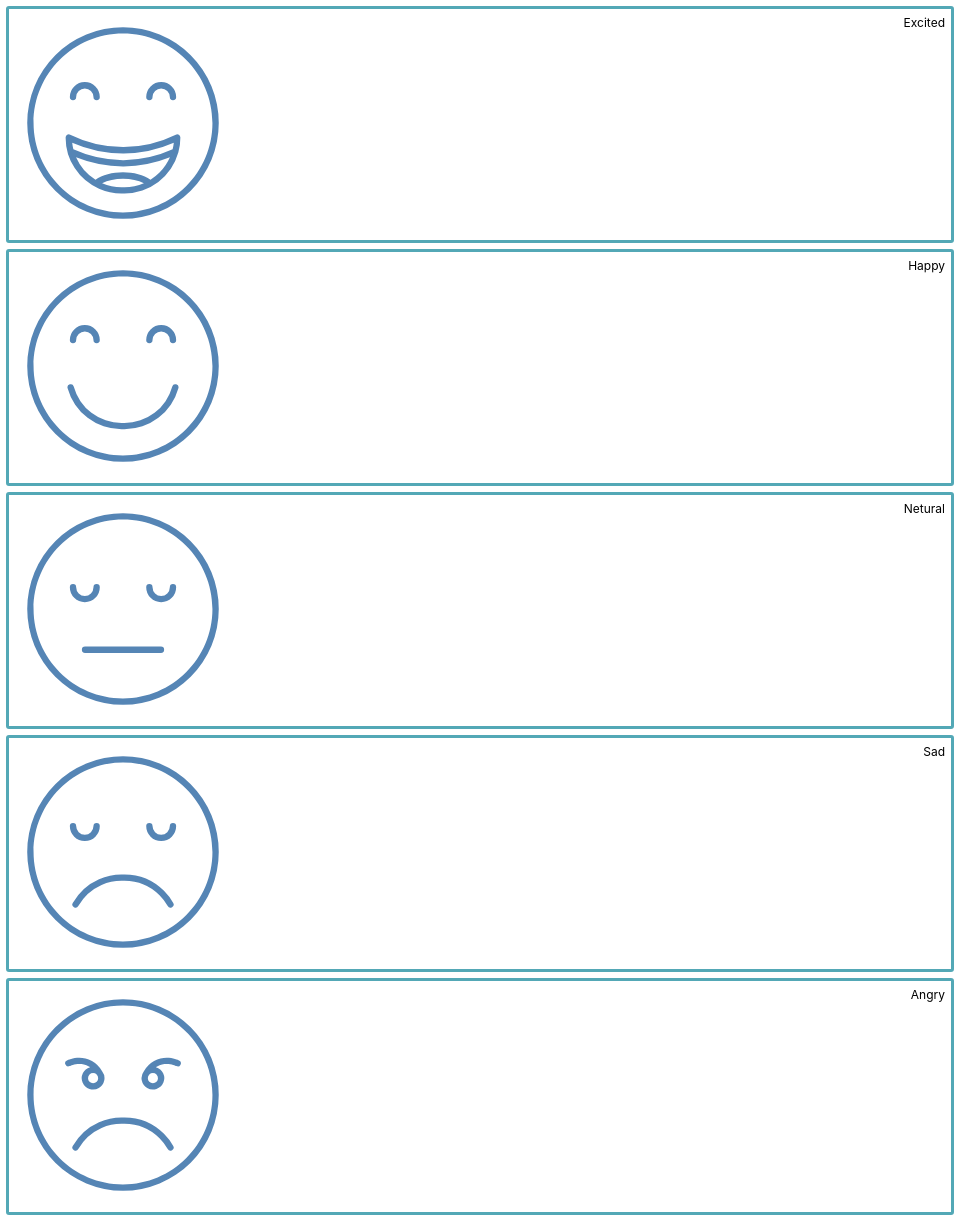
Repository: majakesin/moodify-app
Page: /
An editor plug-in stored every save of this project. The page is shown before and after the next save, followed by the edit.
The browser window is 1280 px wide. The pictures show the whole page, at 75% of full size.
The project was rebuilt for these pictures with package versions that can differ from the ones it lists, and the page was loaded fresh each time.

Above is the page before, as saved 2023-08-21 11:46:46.

### public/index.html
<!DOCTYPE html>
<html lang="en">
  <head>
    <meta charset="utf-8" />
    <link rel="icon" href="%PUBLIC_URL%/logo.svg" />
    <meta name="viewport" content="width=device-width, initial-scale=1" />
    <meta name="theme-color" content="#000000" />
    <meta
      name="description"
      content="Moodify -- App that gives yours ears the best music based on your mood"
    />
    <link rel="apple-touch-icon" href="%PUBLIC_URL%/logo.svg" />
    <!--
      manifest.json provides metadata used when your web app is installed on a
      user's mobile device or desktop. See https://developers.google.com/web/fundamentals/web-app-manifest/
    -->
    <link rel="manifest" href="%PUBLIC_URL%/manifest.json" />
    <!--
      Notice the use of %PUBLIC_URL% in the tags above.
      It will be replaced with the URL of the `public` folder during the build.
      Only files inside the `public` folder can be referenced from the HTML.

      Unlike "/favicon.ico" or "favicon.ico", "%PUBLIC_URL%/favicon.ico" will
      work correctly both with client-side routing and a non-root public URL.
      Learn how to configure a non-root public URL by running `npm run build`.
    -->
    <title>Moodify</title>
  </head>
  <body>
    <noscript>You need to enable JavaScript to run this app.</noscript>
    <div id="root"></div>
    <!--
      This HTML file is a template.
      If you open it directly in the browser, you will see an empty page.

      You can add webfonts, meta tags, or analytics to this file.
      The build step will place the bundled scripts into the <body> tag.

      To begin the development, run `npm start` or `yarn start`.
      To create a production bundle, use `npm run build` or `yarn build`.
    -->
  </body>
</html>

### src/App.js
import './App.css';
import {moods}  from 'src/data/moods'
import Mood from './components/Mood';

function App() {
  return (
    <div className="App">
      {moods.map(({type,icon}) => {
        return (<Mood type={type} icon={icon} />)
      })}
    </div>
  );
}

export default App;

### src/data/moods.js
export const moods = [
    {
        type: 'Excited',
        icon: <svg id="SvgjsSvg1081" width="288" height="288" xmlns="http://www.w3.org/2000/svg" version="1.1" xmlnsXlink="http://www.w3.org/1999/xlink" xmlnsSvgjs="http://svgjs.com/svgjs">
                <defs id="SvgjsDefs1082"></defs>
                <g id="SvgjsG1083">
                    <svg xmlns="http://www.w3.org/2000/svg" data-name="Layer 1" viewBox="0 0 512 512" width="288" height="288">
                        <path fill="currentcolor" d="M416.51318,95.48682A226.99992,226.99992,0,1,0,95.48682,416.51318,226.99992,226.99992,0,1,0,416.51318,95.48682ZM256,468C139.103,468,44,372.897,44,256S139.103,44,256,44s212,95.103,212,212S372.897,468,256,468ZM137.5,202a7.50006,7.50006,0,0,0,7.5-7.5,20.5,20.5,0,0,1,41,0,7.5,7.5,0,0,0,15,0,35.5,35.5,0,0,0-71,0A7.50006,7.50006,0,0,0,137.5,202Zm181,0a7.50006,7.50006,0,0,0,7.5-7.5,20.5,20.5,0,0,1,41,0,7.5,7.5,0,0,0,15,0,35.5,35.5,0,0,0-71,0A7.50006,7.50006,0,0,0,318.5,202Zm69.95947,82.13037a7.49875,7.49875,0,0,0-7.27832-.356A284.51645,284.51645,0,0,1,257.5,313h-1.48a284.55042,284.55042,0,0,1-125.2002-29.2251A7.4999,7.4999,0,0,0,120,290.5a132.31839,132.31839,0,0,0,79.15625,121.32324A131.47888,131.47888,0,0,0,252.5,423h7a132.5854,132.5854,0,0,0,127.794-97.37988A133.06894,133.06894,0,0,0,392,290.5,7.5003,7.5003,0,0,0,388.45947,284.13037ZM259.5,408h-7a116.58888,116.58888,0,0,1-46.02222-9.36157C219.72205,391.8783,237.33752,388,256.002,388c18.66236,0,36.27466,3.87708,49.51734,10.63538A116.56076,116.56076,0,0,1,259.5,408Zm83.08691-34.41309a117.56809,117.56809,0,0,1-21.38024,16.93219C305.07166,379.48517,281.17847,373,256.002,373c-25.18383,0-49.0852,6.48932-65.22168,17.52966a116.81051,116.81051,0,0,1-46.07495-53.13611,299.90773,299.90773,0,0,0,111.31323,21.61036c.5044,0,1.01612-.00147,1.52051-.00391A300.023,300.023,0,0,0,367.2478,337.40454,117.86031,117.86031,0,0,1,342.58691,373.58691ZM373.6593,318.347A284.8703,284.8703,0,0,1,257.46094,344c-.49219.00293-.97412.00391-1.46387.00391a284.90227,284.90227,0,0,1-117.65942-25.65967,117.74477,117.74477,0,0,1-2.72388-15.77832A299.64178,299.64178,0,0,0,256.02,328h1.519a299.80874,299.80874,0,0,0,118.84668-25.43555A117.6884,117.6884,0,0,1,373.6593,318.347Z" class="color2c2b2d svgShape"></path>
                    </svg>
                </g>
             </svg>
    },
    {
        type: 'Happy',
        icon: <svg id="SvgjsSvg1102" width="288" height="288" xmlns="http://www.w3.org/2000/svg" version="1.1" xmlnsXlink="http://www.w3.org/1999/xlink" xmlnsSvgjs="http://svgjs.com/svgjs">
                <defs id="SvgjsDefs1103"></defs>
                <g id="SvgjsG1104">
                    <svg xmlns="http://www.w3.org/2000/svg" data-name="Layer 1" viewBox="0 0 512 512" width="288" height="288">
                        <path fill="currentcolor" d="M382.042,299.40674a7.496,7.496,0,0,0-9.21582,5.251A117.42927,117.42927,0,0,1,259.5,391h-7a117.41578,117.41578,0,0,1-113.32715-86.33447,7.49971,7.49971,0,1,0-14.46484,3.96875A132.417,132.417,0,0,0,252.5,406h7a132.58733,132.58733,0,0,0,127.793-97.37744A7.4999,7.4999,0,0,0,382.042,299.40674ZM416.51367,95.48682A227.00026,227.00026,0,0,0,95.48633,416.51318,227.00026,227.00026,0,0,0,416.51367,95.48682ZM256,468C139.10254,468,44,372.897,44,256S139.10254,44,256,44s212,95.103,212,212S372.89746,468,256,468ZM137.5,202a7.49974,7.49974,0,0,0,7.5-7.5,20.5,20.5,0,0,1,41,0,7.5,7.5,0,0,0,15,0,35.5,35.5,0,0,0-71,0A7.49974,7.49974,0,0,0,137.5,202Zm181,0a7.49974,7.49974,0,0,0,7.5-7.5,20.5,20.5,0,0,1,41,0,7.5,7.5,0,0,0,15,0,35.5,35.5,0,0,0-71,0A7.49974,7.49974,0,0,0,318.5,202Z" class="color2c2b2d svgShape"></path>
                    </svg>
                </g>
            </svg> ,
    },
    {
        type: 'Netural',
        icon: <svg id="SvgjsSvg1123" width="288" height="288" xmlns="http://www.w3.org/2000/svg" version="1.1" xmlnsXlink="http://www.w3.org/1999/xlink" xmlnsSvgjs="http://svgjs.com/svgjs">
                <defs id="SvgjsDefs1124"></defs>
                <g id="SvgjsG1125">
                    <svg xmlns="http://www.w3.org/2000/svg" data-name="Layer 1" viewBox="0 0 512 512" width="288" height="288">
                        <path fill="currentcolor" d="M201,204.5a7.5,7.5,0,0,0-15,0,20.5,20.5,0,0,1-41,0,7.5,7.5,0,0,0-15,0,35.5,35.5,0,0,0,71,0ZM374.5,197a7.50006,7.50006,0,0,0-7.5,7.5,20.5,20.5,0,0,1-41,0,7.5,7.5,0,0,0-15,0,35.5,35.5,0,0,0,71,0A7.50006,7.50006,0,0,0,374.5,197ZM416.51318,95.48682A226.99992,226.99992,0,1,0,95.48682,416.51318,226.99992,226.99992,0,1,0,416.51318,95.48682ZM256,468C139.103,468,44,372.897,44,256S139.103,44,256,44s212,95.103,212,212S372.897,468,256,468Zm90-123H166a7.5,7.5,0,0,0,0,15H346a7.5,7.5,0,0,0,0-15Z" class="color2c2b2d svgShape"></path>
                    </svg>
                </g>
            </svg>,
    },
    {
        type: 'Sad',
        icon: <svg id="SvgjsSvg1193" width="288" height="288" xmlns="http://www.w3.org/2000/svg" version="1.1" xmlnsXlink="http://www.w3.org/1999/xlink" xmlnsSvgjs="http://svgjs.com/svgjs">
                <defs id="SvgjsDefs1194"></defs>
                <g id="SvgjsG1195">
                    <svg xmlns="http://www.w3.org/2000/svg" data-name="Layer 1" viewBox="0 0 512 512" width="288" height="288">
                         <path fill="currentcolor" d="M165.5,230A35.54028,35.54028,0,0,0,201,194.5a7.5,7.5,0,0,0-15,0,20.5,20.5,0,0,1-41,0,7.5,7.5,0,0,0-15,0A35.54028,35.54028,0,0,0,165.5,230Zm209-43a7.50006,7.50006,0,0,0-7.5,7.5,20.5,20.5,0,0,1-41,0,7.5,7.5,0,0,0-15,0,35.5,35.5,0,0,0,71,0A7.50006,7.50006,0,0,0,374.5,187ZM353.19336,347.94678A132.16887,132.16887,0,0,0,259.5,309.14014h-7a131.47793,131.47793,0,0,0-53.34082,11.17529,133.55143,133.55143,0,0,0-62.24854,56.51221,7.50013,7.50013,0,0,0,13.07911,7.34472,118.4576,118.4576,0,0,1,55.21435-50.1289A116.57358,116.57358,0,0,1,252.5,324.14014h7a117.16738,117.16738,0,0,1,83.08691,34.41308,117.92616,117.92616,0,0,1,19.42432,25.62061,7.5,7.5,0,0,0,13.07715-7.34766A132.92018,132.92018,0,0,0,353.19336,347.94678Zm63.31982-252.46A226.99992,226.99992,0,1,0,95.48682,416.51318,226.99992,226.99992,0,1,0,416.51318,95.48682ZM256,468C139.103,468,44,372.897,44,256S139.103,44,256,44s212,95.103,212,212S372.897,468,256,468Z" class="color2c2b2d svgShape"></path>
                    </svg>
                </g>
            </svg>,
    },
    {
        type: 'Angry',
        icon: <svg id="SvgjsSvg1217" width="288" height="288" xmlns="http://www.w3.org/2000/svg" version="1.1" xmlnsXlink="http://www.w3.org/1999/xlink" xmlnSvgjs="http://svgjs.com/svgjs">
                <defs id="SvgjsDefs1218"></defs>
                     <g id="SvgjsG1219">
                        <svg xmlns="http://www.w3.org/2000/svg" data-name="Layer 1" viewBox="0 0 512 512" width="288" height="288">
                            <path fill="currentcolor" d="M353.19336,347.94629A132.1737,132.1737,0,0,0,259.5,309.13965h-7a131.5101,131.5101,0,0,0-53.3418,11.17578,133.55212,133.55212,0,0,0-62.24707,56.51172,7.49995,7.49995,0,0,0,13.07813,7.3457A118.46814,118.46814,0,0,1,205.20313,334.043,116.60013,116.60013,0,0,1,252.5,324.13965h7a117.16506,117.16506,0,0,1,83.08691,34.41406,117.92838,117.92838,0,0,1,19.42481,25.62012,7.49957,7.49957,0,1,0,13.07617-7.34766A132.91978,132.91978,0,0,0,353.19336,347.94629ZM416.51367,95.48682A227.00044,227.00044,0,0,0,95.48633,416.51367,227.00044,227.00044,0,0,0,416.51367,95.48682ZM256,468C139.10254,468,44,372.89746,44,256,44,139.103,139.10254,44,256,44s212,95.103,212,212C468,372.89746,372.89746,468,256,468ZM175.12207,188.29736c.96533.53955,1.88086,1.10938,2.769,1.69336a27.02454,27.02454,0,1,0,28.58863,9.52246,62.7776,62.7776,0,0,0-24.04029-24.31005c-27.82519-15.55176-56.1748-2.73292-59.31445-1.21973a7.49994,7.49994,0,1,0,6.50977,13.51367C132.05762,186.33057,153.91113,176.44189,175.12207,188.29736ZM185.12012,204a12,12,0,1,1-12,12A12.01344,12.01344,0,0,1,185.12012,204ZM388.875,173.9834c-3.1416-1.51367-31.49121-14.33447-59.31348,1.21924a62.778,62.778,0,0,0-24.04126,24.31054,26.989,26.989,0,1,0,28.58887-9.52234c.88843-.58435,1.804-1.15429,2.76978-1.694,21.21191-11.85743,43.06347-1.96631,45.48632-.79981A7.49994,7.49994,0,1,0,388.875,173.9834ZM338.87988,216a12,12,0,1,1-12-12A12.01343,12.01343,0,0,1,338.87988,216Z" class="color2c2b2d svgShape"></path>
                        </svg>
                    </g>
            </svg>
    }
]

### src/components/Mood/index.jsx
import styles from './index.module.css';

const Mood = (props) => {

    const {type, icon} = props;

    return (
        <div className={styles.card}>
          <div className={styles.icon}>
            {icon}
          </div>
          <div>
            {type}
        </div>
        </div>
    )
};

export default Mood;

### src/components/Mood/index.module.css

@import '../../styles/variables.css';

.card {
    border: 4px solid var(--second-color);
    border-radius: 4px;
    margin: 8px;
    padding: 8px;
    display: flex;
    justify-content: space-between;
}

.icon {
    color: var(--first-color);
}

### src/styles/variables.css
:root,
    :root.blue {
        --first-color: #5585b5;
        --second-color: #53a8b6;
        --third-color: #79c2d0;
        --fourth-color: #bbe4e9;
    }
    :root.rainbow {
        --first-color: #cbf078;
        --second-color: #f8f398;
        --third-color: #f1b963;
        --fourth-color: #e46161;
    }
    :root.pink {
        --first-color: #45171d;
        --second-color: #e84a5f;
        --third-color: #ff847c;
        --fourth-color: #fecea8;

    }

Loaded but not shown: src/index.js (common file); src/index.css (common file); src/reportWebVitals.js (common file); src/App.css (common file)

After the next save:
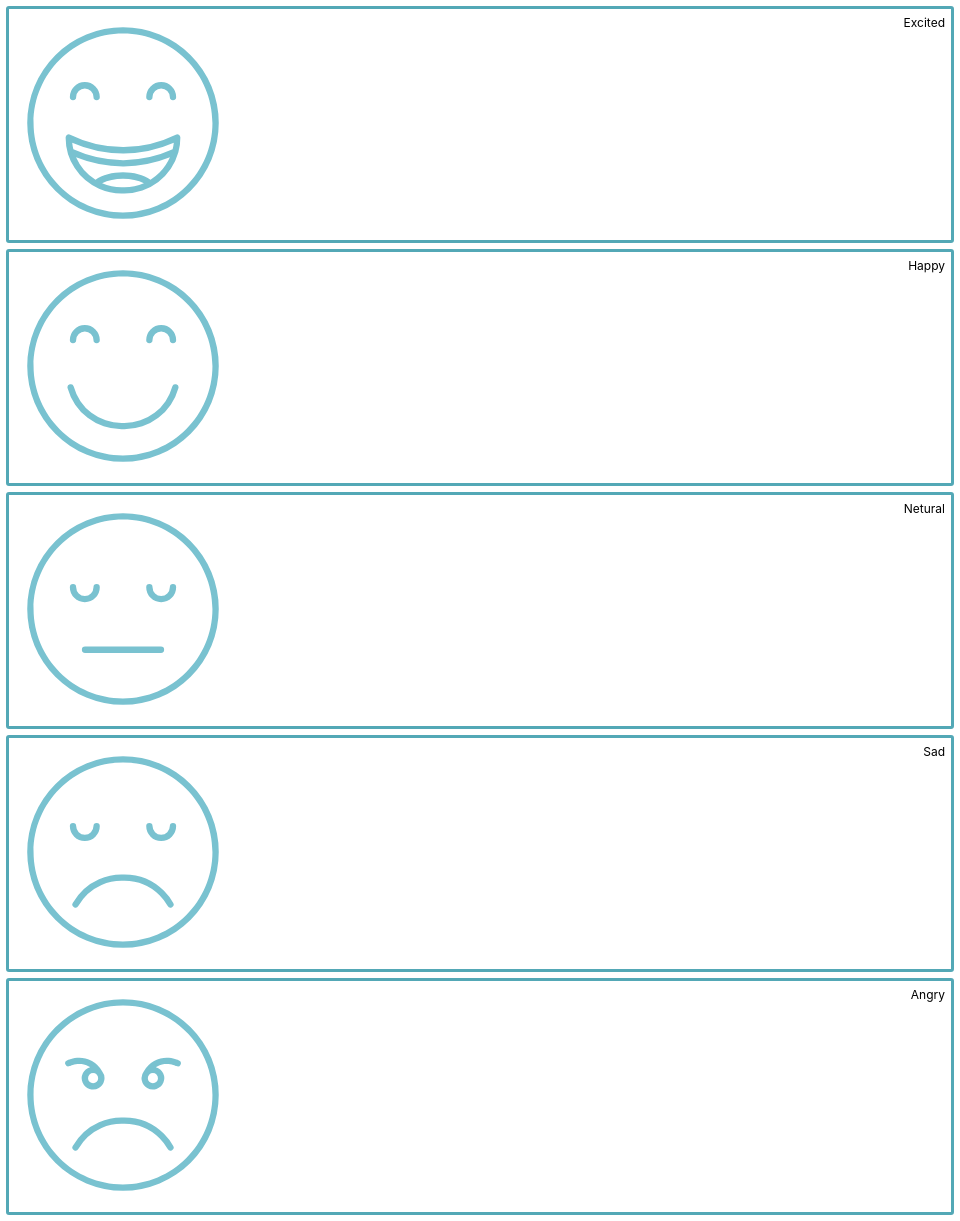
Saved 7 s later.
--- a/src/components/Mood/index.module.css
+++ b/src/components/Mood/index.module.css
@@ -11,5 +11,5 @@
 }
 
 .icon {
-    color: var(--first-color);
+    color: var(--third-color);
 }
